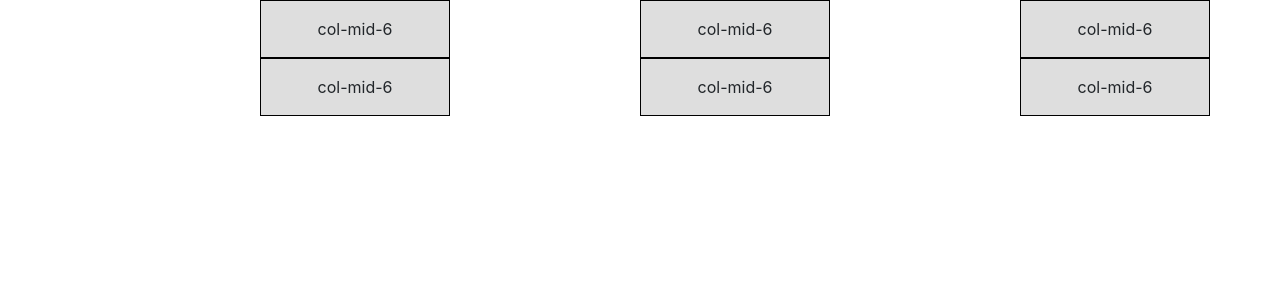
Repository: Naonaka-Saino/first-git
Page: lesson-bootstrap/index.html
The author's editor kept a record of every edit. The page is drawn from the files as they stood at one moment, then again after the next edit.
The browser window is 1280 px wide. The pictures show the whole page.
Some web libraries are served in a nearby version.

Above is the page before.

After the next edit:
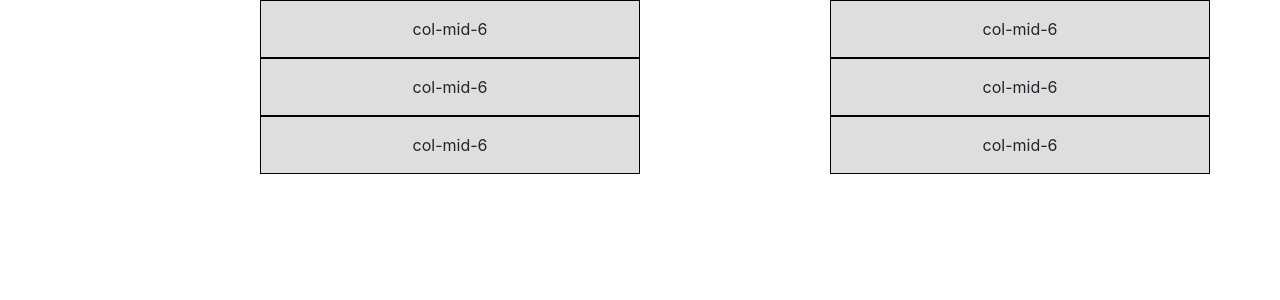
The edit:
--- a/lesson-bootstrap/index.html
+++ b/lesson-bootstrap/index.html
@@ -22,12 +22,12 @@
     <body>
         <div class="container">
             <div class="row">
-                <div class="col-6 col-sm-6 offset-md-2 col-md-2">col-mid-6</div>
-                <div class="col-6 col-sm-6 offset-md-2 col-md-2">col-mid-6</div>
-                <div class="col-6 col-sm-6 offset-md-2 col-md-2">col-mid-6</div>
-                <div class="col-6 col-sm-6 offset-md-2 col-md-2">col-mid-6</div>
-                <div class="col-6 col-sm-6 offset-md-2 col-md-2">col-mid-6</div>
-                <div class="col-6 col-sm-6 offset-md-2 col-md-2">col-mid-6</div>
+                <div class="col-6 col-sm-6 offset-md-2 col-md-2 col-lg-4">col-mid-6</div>
+                <div class="col-6 col-sm-6 offset-md-2 col-md-2 col-lg-4">col-mid-6</div>
+                <div class="col-6 col-sm-6 offset-md-2 col-md-2 col-lg-4">col-mid-6</div>
+                <div class="col-6 col-sm-6 offset-md-2 col-md-2 col-lg-4">col-mid-6</div>
+                <div class="col-6 col-sm-6 offset-md-2 col-md-2 col-lg-4">col-mid-6</div>
+                <div class="col-6 col-sm-6 offset-md-2 col-md-2 col-lg-4">col-mid-6</div>
             </div>
         </div>
 
